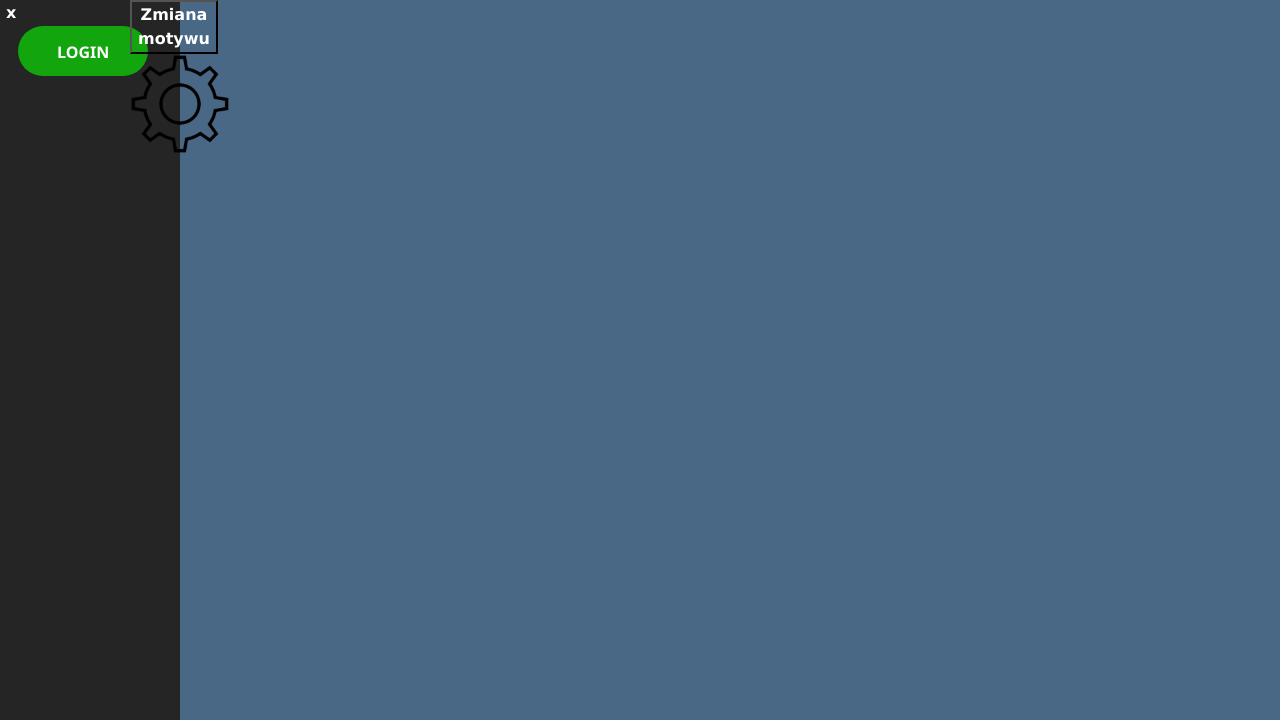
Repository: K4ziWolf/kazi
Page: /, after clicking the first element matching `button.xd-btn`
These files come from the project's save history. The page is drawn as it stood at one moment and after the next save; the edit follows.
The browser window is 1280 px wide. The pictures show the whole page.
The project was rebuilt for these pictures with package versions that can differ from the ones it lists, and the page was loaded fresh each time. Also part of the build but not shown: vue.config.js, src/components/login_screen.vue, src/components/option_screen.vue.

Above is the page before, as saved 2023-10-20 19:41:42.

After the next save:
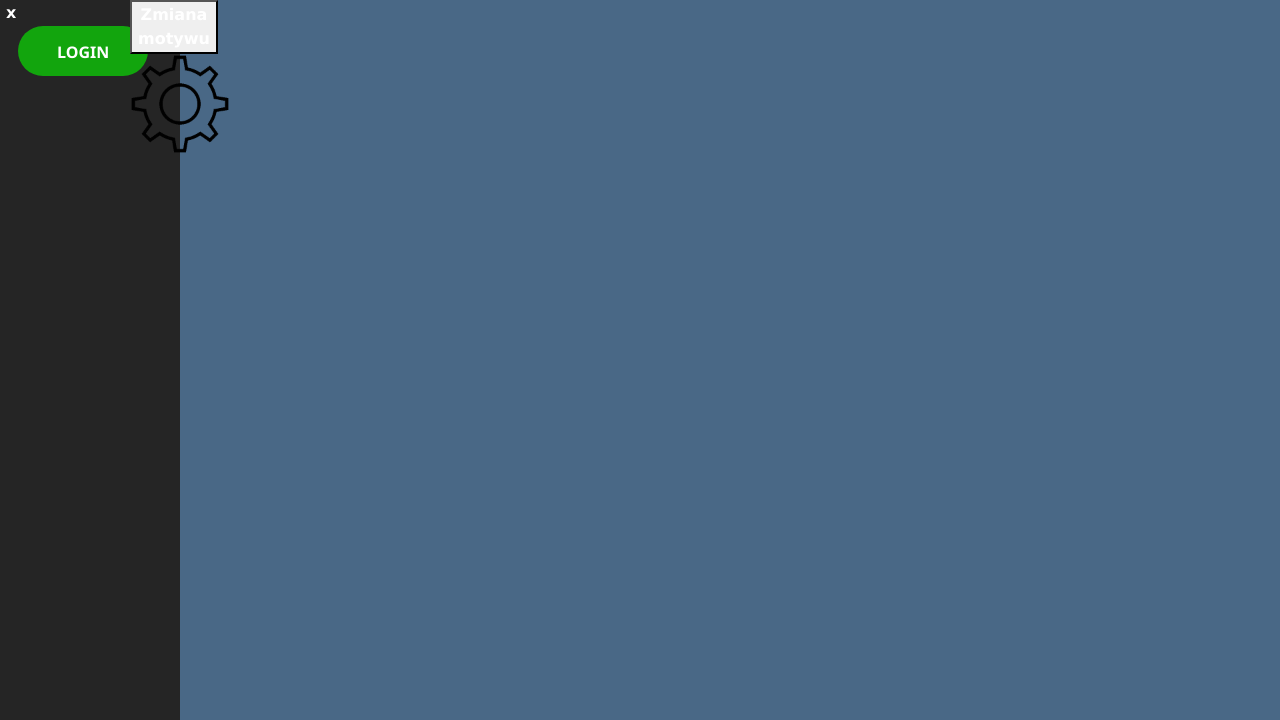
Saved 6 s later.
--- a/src/components/menu_screen.vue
+++ b/src/components/menu_screen.vue
@@ -184,7 +184,7 @@
   }
   #change_theme_btn{
 
-    background-color: transparent;
+
     display: grid;
 
     font-family:Verdana, Geneva, Tahoma, sans-serif;
